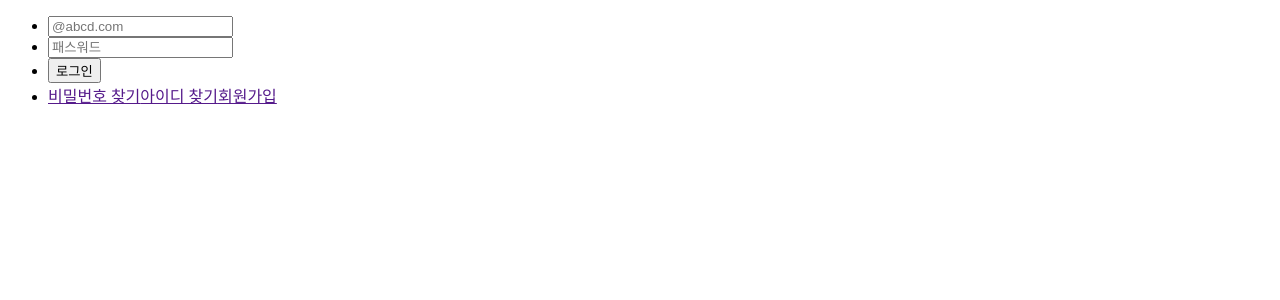
Repository: onpul/TEAM1
Page: http://localhost/Riding/mj/LoginForm.jsp
The author's editor kept a copy of each file at every save. The page is drawn from the files as they stood at one save, then again after the next save.
The browser window is 1280 px wide. The pictures show the whole page.
The page is served by Tomcat 9. Other server files are loaded and not shown.

Above is the page before, as saved 2022-06-04 10:00:38.

### Riding/WebContent/mj/LoginForm.jsp
<%@ page contentType="text/html; charset=UTF-8"%>
<%
	request.setCharacterEncoding("UTF-8");
	String cp = request.getContextPath();
%>
<!DOCTYPE html>
<html>
<head>
<meta charset="UTF-8">
<title>Insert title here</title>
</head>
<body>
	<div>
		<form action="login.action" method="post" id="loginForm">
			<ul>
				<li>
					<input type="text" id="id" name="id" placeholder="@abcd.com" required="required"/>
				</li>
				<li>
					<input type="password" id="pw" name="pw" placeholder="패스워드" required="required"/>
				</li>
				<li>
					<input type="button" value="로그인" id="submitBtn" class="btn"/>
				</li>
				<li><a href="">비밀번호 찾기</a><a href="">아이디 찾기</a><a href="">회원가입</a></li>
			</ul>
		</form>
	</div>
</body>
</html>

After the next save:
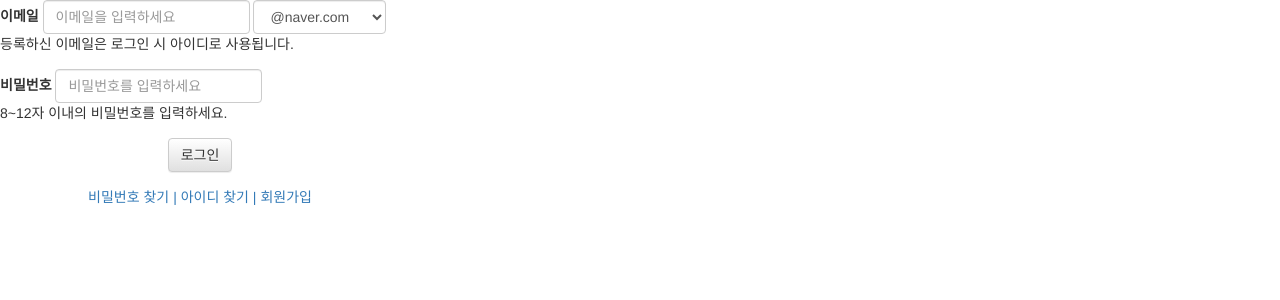
Saved 7 s later.
--- a/Riding/WebContent/mj/LoginForm.jsp
+++ b/Riding/WebContent/mj/LoginForm.jsp
@@ -7,24 +7,54 @@
 <html>
 <head>
 <meta charset="UTF-8">
-<title>Insert title here</title>
+<title>LoginForm.jsp</title>
+<!-- 제이쿼리 -->
+<script src="https://ajax.googleapis.com/ajax/libs/jquery/3.3.1/jquery.min.js"></script>
+
+<!-- 합쳐지고 최소화된 최신 CSS -->
+<link rel="stylesheet" href="https://maxcdn.bootstrapcdn.com/bootstrap/3.3.2/css/bootstrap.min.css">
+
+<!-- 부가적인 테마 -->
+<link rel="stylesheet" href="https://maxcdn.bootstrapcdn.com/bootstrap/3.3.2/css/bootstrap-theme.min.css">
+
+<!-- 합쳐지고 최소화된 최신 자바스크립트 -->
+<script src="https://maxcdn.bootstrapcdn.com/bootstrap/3.3.2/js/bootstrap.min.js"></script>
+<style type="text/css">
+	.loginFormBox
+	{
+		width: 400px;
+	}
+	.loginBtn, .link-text
+	{
+		text-align: center;
+	}
+</style>
 </head>
 <body>
-	<div>
-		<form action="login.action" method="post" id="loginForm">
-			<ul>
-				<li>
-					<input type="text" id="id" name="id" placeholder="@abcd.com" required="required"/>
-				</li>
-				<li>
-					<input type="password" id="pw" name="pw" placeholder="패스워드" required="required"/>
-				</li>
-				<li>
-					<input type="button" value="로그인" id="submitBtn" class="btn"/>
-				</li>
-				<li><a href="">비밀번호 찾기</a><a href="">아이디 찾기</a><a href="">회원가입</a></li>
-			</ul>
-		</form>
-	</div>
+<div class="loginFormBox">
+	<form action="login.action" method="post" id="loginForm">
+		<div class="form-group form-inline">
+			<label for="inputEmail">이메일</label>
+	    	<input type="email" class="form-control" id="inputEmail" placeholder="이메일을 입력하세요">
+			<select name="" id="" class="form-control">
+				<option value="네이버">@naver.com</option>
+				<option value="구글">@google.com</option>
+				<option value="네이트">@nate.com</option>
+			</select>
+			<br /><span>등록하신 이메일은 로그인 시 아이디로 사용됩니다.</span>
+	    </div>
+		<div class="form-group form-inline">
+	    	<label for="inputPassword">비밀번호</label>
+	    	<input type="password" class="form-control" id="inputPassword" placeholder="비밀번호를 입력하세요"/>
+	    	<br /><span>8~12자 이내의 비밀번호를 입력하세요.</span>
+	    </div>
+		<div class="form-group loginBtn">
+			<input type="button" class="btn btn-default" value="로그인"/>
+		</div>
+		<div class="form-group link-text">
+			<a href="">비밀번호 찾기 | </a><a href="">아이디 찾기 | </a><a href="">회원가입</a>
+		</div>
+	</form>
+</div>
 </body>
 </html>
